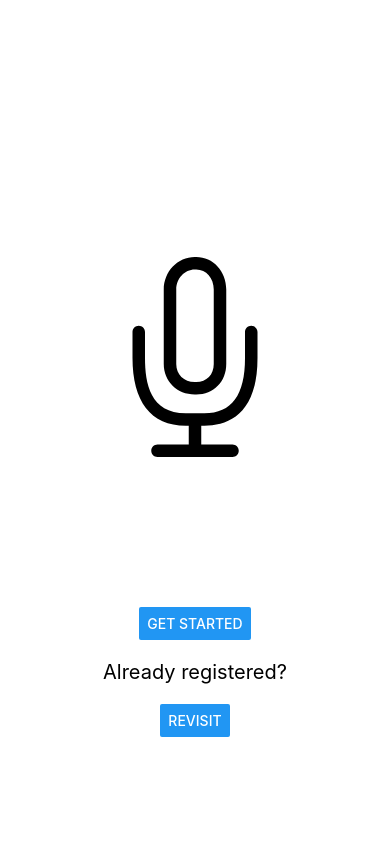
Repository: mortiestmorty1/recordings-app
Screen: / (app in frontend/)
These files come from the project's save history. The screen is drawn as it stood at one moment and after the next save; the edit follows.
The app was drawn by React Native's web renderer in a window 390 px wide. The project was rebuilt for these pictures with package versions that can differ from the ones it lists, and the page was loaded fresh each time. Also part of the build but not shown: frontend/components/registerUser.js.

Above is the screen before, as saved 2024-03-07 22:38:51.

### frontend/App.js
import { StatusBar } from 'expo-status-bar';
import { StyleSheet, View } from 'react-native';
import RegisterUser from './components/registerUser.js';
import React from 'react';
import FirstScreen from './components/firstscreen.js';

export default function App() {
  const handleRegistrationSuccess = (userData) => {
    console.log('User registered:', userData);
  };

  return (
    <View style={styles.container}>
      <FirstScreen />
      {/* <RegisterUser onSubmit={handleRegistrationSuccess} /> */}
      <StatusBar style="auto" />
    </View>
  );
}

const styles = StyleSheet.create({
  container: {
    flex: 1,
    backgroundColor: '#fff',
    alignItems: 'center',
    justifyContent: 'center',
  },
});

### frontend/components/firstscreen.js
import React, { useState } from 'react';
import {View, Text, Button, StyleSheet , Image } from 'react-native';
import { Svg, Circle, Rect,Path } from 'react-native-svg';

const FirstScreen = () => {
    return (
        <View style={styles.container}>
            <Svg style={styles.logo} fill="#000000" width="200" height="200" viewBox="0 0 1024 1024">
                <Path d="M510.88 704h7.6C607.44 704 672 638.4 672 548.032V166.624C672 73.184 604.56 0 518.466 0h-7.584C423.264 0 352 74.752 352 166.624v381.408C352 636.944 420.304 704 510.88 704zM416 166.624C416 110.032 458.56 64 510.88 64h7.6C569.504 64 608 108.128 608 166.624v381.408C608 603.024 572.032 640 518.464 640h-7.584c-55.872 0-94.88-37.808-94.88-91.968zM800 352c-17.68 0-32 14.336-32 32v133.072c0 190.4-67.968 282.929-207.744 282.929H465.12c-182.8 0-209.12-153.84-209.12-282.928V384.001c0-17.664-14.336-32-32-32s-32 14.336-32 32v133.072c0 220.496 91.888 346.928 273.12 346.928H480v96H320c-17.664 0-32 14.336-32 32s14.336 32 32 32h384c17.664 0 32-14.336 32-32s-14.336-32-32-32H544v-96h16.256C684.224 864.001 832 803.809 832 517.072V384c0-17.664-14.32-32-32-32z" />
            </Svg>
        <View style={styles.content}>
            <Button title="Get Started"/>
            <Text style={styles.text}>Already registered?</Text>
            <Button title="Revisit"/>
        </View>
        </View>
    );
}

const styles = StyleSheet.create({
    container: {
        flex: 1,
        justifyContent: 'center',
        alignItems: 'center',
    },

    logo: {
        width: 200,
        height: 200,
        bottom: 150,
    },
    text: {
        fontSize: 20,
        margin: 20,
    },
    content: {
        justifyContent: 'center',
        alignItems: 'center',
        top: 150,
    },
});

export default FirstScreen;

After the next save:
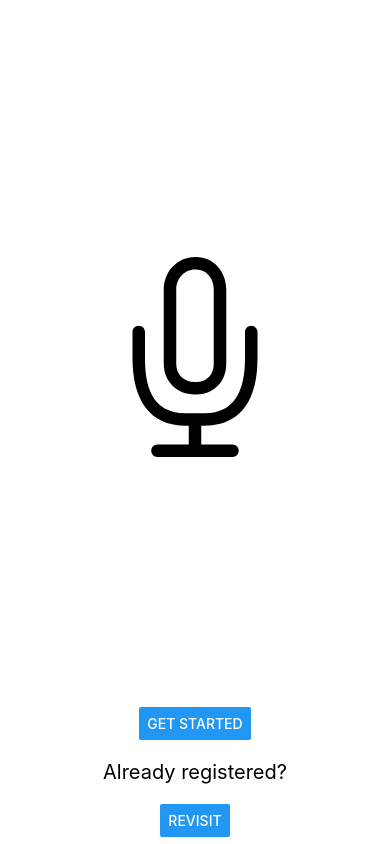
Saved 13 s later.
--- a/frontend/components/firstscreen.js
+++ b/frontend/components/firstscreen.js
@@ -36,7 +36,7 @@ const styles = StyleSheet.create({
     content: {
         justifyContent: 'center',
         alignItems: 'center',
-        top: 150,
+        top: 250,
     },
 });
 
